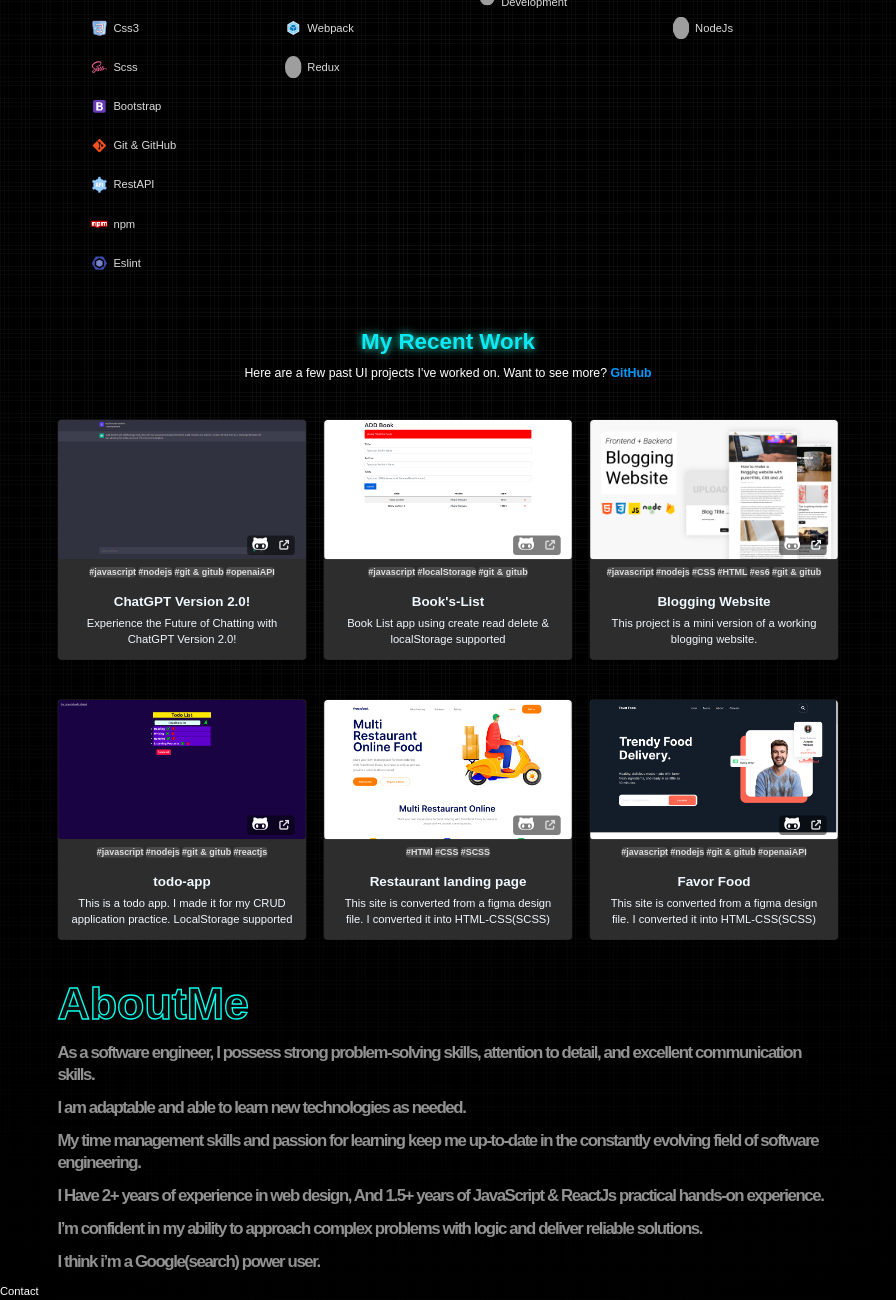
Repository: badhon252/my-portfolio
Page: /
The author's editor kept a copy of each file at every save. The page is drawn from the files as they stood at one save, then again after the next save.
The browser window is 1280 px wide. The pictures show the part of the page from y = 1170 to 3090 px (the page is 3027 px tall before and 3090 px after), at 70% of full size.
Pictures or frames that could not be fetched are drawn as grey boxes. The project was rebuilt for these pictures with package versions that can differ from the ones it lists, and the page was loaded fresh each time. Also part of the build but not shown: src/Components/Home/Header/HeaderContent/HeaderContent.css, src/Components/Home/Header/Navbar/Navs/GitHub/Github.module.css, src/Components/Home/Header/Navbar/Navs/LinkedIn/LinkedIn.module.css.

Above is the page before, as saved 2023-01-24 16:45:14.

### public/index.html
<!DOCTYPE html>
<html lang="en">

<head>
    <meta charset="utf-8" />
    <link rel="icon" href="%PUBLIC_URL%/favicon.ico" />
    <meta name="viewport" content="width=device-width, initial-scale=1" />
    <meta name="theme-color" content="#000000" />
    <meta name="description" content="Web site created using create-react-app, Portfolio" />
    <link rel="apple-touch-icon" href="%PUBLIC_URL%/logo192.png" />
    <link rel="stylesheet" href="https://cdnjs.cloudflare.com/ajax/libs/font-awesome/6.2.1/css/all.min.css">
    <link rel="manifest" href="%PUBLIC_URL%/manifest.json" />
    <!--  Bootstap== -->
    <link rel="stylesheet" href="https://cdn.jsdelivr.net/npm/bootstrap@5.3.0-alpha1/dist/css/bootstrap.min.css">


    <title>Khalid Hossain | Portfolio Website</title>
</head>

<body>
    <div id="root"></div>

    <script src="https://cdn.jsdelivr.net/npm/bootstrap@5.3.0-alpha1/dist/js/bootstrap.bundle.min.js"></script>
    <!-- <script src="https://platform.linkedin.com/badges/js/profile.js" async defer type="text/javascript"></script> -->

</body>

</html>

### src/index.css
body {
    margin: 0;
    font-family: -apple-system, BlinkMacSystemFont, 'Segoe UI', 'Roboto', 'Oxygen', 'Ubuntu', 'Cantarell', 'Fira Sans', 'Droid Sans', 'Helvetica Neue', sans-serif;
    -webkit-font-smoothing: antialiased;
    -moz-osx-font-smoothing: grayscale;
    background-color: #000000;
    background-image: radial-gradient(circle at center center, transparent 0%, rgb(0, 0, 0) 99%), repeating-linear-gradient(0deg, rgba(163, 163, 163, 0.07) 0px, rgba(163, 163, 163, 0.07) 1px, transparent 1px, transparent 6px), repeating-linear-gradient(90deg, rgba(163, 163, 163, 0.07) 0px, rgba(163, 163, 163, 0.07) 1px, transparent 1px, transparent 6px), linear-gradient(90deg, rgb(0, 0, 0), rgb(0, 0, 0));
    color: #ffffff;
}

* {
    margin: 0;
    padding: 0;
    box-sizing: border-box;
    font-family: 'Poppins', sans-serif;
}

### src/Components/Home/Home.jsx
import AboutMe from "./AboutMe/AboutMe";
import Footer from "./Footer/Footer";
import Header from "./Header/Header";
import Projects from "./Project/Projects";
import Skill from "./Skill/Skill";


export default function Home() {
  return (
    <div>
        <Header />
        <Skill/>
        <Projects/>
        <AboutMe/>
        <Footer/>

    </div>
  )
}

### src/Components/Home/AboutMe/AboutMe.jsx
import React from 'react';

const AboutMe = () => {
    return (
        <div className='container'>
            <h1>AboutMe</h1>
            <div className="about-me">
                <p>As a software engineer, I possess strong problem-solving skills, attention to detail, and excellent communication skills.
                </p>
                <p>I am adaptable and able to learn new technologies as needed. </p>
                <p> My time management skills and passion for learning keep me up-to-date in the constantly evolving field of software engineering.</p>
                <p>I Have 2+ years of experience in web design, And 1.5+ years of JavaScript & ReactJs practical hands-on experience.</p>
                <p> I’m confident in my ability to approach complex problems with logic and deliver reliable solutions.</p>
                <p>I think i’m a Google(search) power user.</p>
            </div>
        </div>
    );
}

export default AboutMe;

### src/Components/Home/Footer/Footer.jsx
import React from 'react'
import Contact from './Contact/Contact'

export default function Footer() {
  return (
    <div>
        <Contact/>
    </div>
  )
}

### src/Components/Home/Header/Header.jsx
import React from 'react'
import HeaderContent from './HeaderContent/HeaderContent'
import Navbar from './Navbar/Navbar'
import Classes from './Header.module.css'

export default function Header() {
  return (
    <div className={Classes.header}>
      <Navbar/>
      <HeaderContent/>
    </div>
  )
}

### src/Components/Home/Skill/Skill.jsx
import "./Skill.css"
import SkillSet from "./SkillSet";
const SkillEfficiency = () => {
    return (
       <div id="skill" className="container">
                <h2 className="skillSet__title"> <span>My Skills Set</span> </h2>
                <div className="skillSet__title__line">

                    <div className="skillSet__title__line__inner">
                        I Have 2+ years of web design, And 1.5+ years of JavaScript & ReactJs practical hands-on experience. <br />
                        <span> I am adaptable and able to learn newtechnologies as needed.</span>
                    </div>
                </div>
                  <SkillSet/>
       </div>
    );
}

export default SkillEfficiency;

### src/Components/Home/Header/HeaderContent/HeaderContent.jsx
import Badhon from "../../../../Assests/Images/badhon-color.png";
import HeroSection from './HeroSection'
// import Classes from "./Header.module.css";

export default function HeaderContent() {
  return (
      <div className="container">
        <div className="row my-5" >
            <div className="col-md-4">
              <img src={Badhon} alt="Badhon" className="img-fluid w-100 px-2" />
            </div>
            <div className="col-md-8 py-5 d-flex flex-column">
              <HeroSection />
            </div>
        </div>
      </div>
  )
}

### src/Components/Home/Header/Navbar/Navbar.jsx
import "./Navs/Navs.css"
import "./Navbar.css"
import Nav from './Navs/Nav/Nav'
// import NavbarBrand from './NavbarBrand/NavbarBrand'
// import LinkedIn from './Navs/LinkedIn/LinkedIn'
// import GitHub from './Navs/GitHub/Github'

export default function Navbar() {
  return (
    <div className='navBar borderBottom'>
            <Nav/>
         {/* <div className='navBar'>
            <LinkedIn/>
            <GitHub/>
         </div> */}
    </div>
  )
}

### src/Components/Home/Header/Header.module.css
.header {
    min-height: 100vh;
    color: aliceblue;
    padding: 0 1rem;
}

### src/Components/Home/Project/ProjectCard.jsx
import CardImgLink from "./Card_img__link"
import "./Projects.css"

export default function ProjectCard(props) {

  function stacks(){
    return props.stack.map((item, index) => {
      return <span className="stack" key={index}>#{item}</span>
    })
  }

  return (
    <div className="card my-1" id="card">
          <div className="card-img">
            <a href={props.preview}>
              <img src={props.img} className="card-img-top img-fluid" alt={props.title}/>
            </a>

          </div>
        <div className="card-body">
          <div className="stacks">
              <CardImgLink preview={props.preview} link={props.link}/>
             {stacks()}
          </div>

            <h5 className="card-title my-2">{props.title}</h5>
            <span className="card-text">{props.text}</span>

        </div>
    </div>
  )
}

### src/Components/Home/Project/Projects.css
#card {
    background-color: #2c2d2c;
    /* width: 18rem */
    overflow: hidden;
    color: aliceblue;
    position: relative;
    text-align: center;
}

.card-img {
    overflow: hidden;
}

.img-fluid {
    border-radius: 0%;
    width: 100%;
    height: 100%;
    object-fit: cover;
    object-position: center;
    transition: 0.5s;
}

.card-img-top:hover {
    border-radius: 0;
    transform: scale(1.2);
}


/* Path: src/Components/Home/Project/Projects.css */

.project__title {
    color: rgb(255, 255, 255);
    text-align: center;
}

.project__title h2 {
    font-size: 2rem;
    font-weight: 700;
    margin-bottom: 1rem;
}

.project__title__line {
    font-weight: 500;
    font-size: 1.1rem;
}

.project__title__line a {
    color: #0099ff;
    text-decoration: none;
    font-weight: 600;
}

.project__title__line a:hover {
    color: #1da5ff;
    text-decoration: underline;
    font-weight: 600;
}

.card_img__link {
    border-radius: 5px;
    display: flex;
    align-items: center;
    justify-content: flex-end;
    position: absolute;
    right: 0;
    top: -40px;
    background-color: rgba(0, 0, 0, 0.507);
    transition: 0.5s;
}

.card_img__link a {
    color: #dbdbdb;
    text-decoration: none;
    font-weight: 700;
    margin: 0 .5rem;
}

.card_img__link a:hover {
    color: #eae8ff;
    text-decoration: none;
    font-weight: 700;
}


/* .card_img__link i {
    width: 35px;
    position: absolute;
    height: auto;
    z-index: 1;
    top: 0;
} */


/* .githubIcon {
    right: 5px;
}

.redirect {
    max-width: 40px;
    margin-top: 6px;
    color: #0099ff;
} */

.card-body {
    z-index: 111;
}

.card-body h5 {
    font-size: 1.2rem;
    font-weight: 600;
    margin: 0;
}

.card-body .stacks {
    margin: 0;
    transform: translatey(-10px);
}

.card-body .stack {
    display: inline;
    font-size: .8rem;
    font-weight: 600;
    color: #dddddd;
    background-color: rgb(73, 73, 73);
    margin: .1rem;
    border-radius: 5px;
    text-align: left;
}

### src/Components/Home/Skill/Skill.css
/* .skills {
    margin: 4rem 0 2rem 0;
    display: flex;
    justify-content: space-around;
    flex-wrap: wrap;
    gap: 2rem;
    height: 80vh;
    overflow: hidden;
} */

.skillSet__title__text {
    font-size: 1.5rem;
    font-weight: 600;
    margin-bottom: 1rem;
}

.skillSet li {
    list-style-type: none;
    margin: 0.5rem 1rem;
    color: #ffffffda;
    transition: .4s;
    display: flex;
    align-items: center;
    padding: .5rem 0;
}

.skillSet li img {
    width: 1.5rem;
    margin-right: 0.5rem;
}

.skillSet li:hover {
    color: #ffffff;
    scale: 1.4;
}

.skillSet__title {
    text-align: center;
    font-size: 2rem;
    padding: 1rem 0;
}

.skillSet__title span {
    padding: 1rem 0;
    border-bottom: 4px solid rgb(255, 28, 28);
}

.skillSet__title__line {
    font-size: 1.3rem;
    font-weight: 600;
    color: rgba(255, 255, 255, 0.63);
    text-align: center;
    margin: 1rem 0;
}

.skillSet__title__line__inner {
    margin: 24px 0 80px 0;
    font-size: 1.3rem;
    font-weight: 500;
    line-height: 1.5;
}

.skillSet__title__line__inner span {
    color: #ffffffec;
}

.skillSet {
    margin: 1rem 0;
}


/* Generated code  */


/* .wave-container {
    height: 40vh;
    background-color: #000000;
    position: relative;
}

.wave-container::before {
    content: "";
    width: 100%;
    height: 135px;
    position: absolute;
    bottom: -0.3%;
    left: 0;
    background-size: auto;
    background-repeat: repeat no-repeat;
    background-position: 54vw bottom;
    background-image: url("data:[embedded picture, 356 characters]");
}

@media(max-width:850px) {
    .wave-container::before {
        height: 67.5px
    }
} */

### src/Components/Home/Skill/SkillSet.jsx
import "./Skill.css"
import reactIcon from "../../../Assests/icons/react.svg"
import jsIcon from "../../../Assests/icons/javascript.svg"
import htmlIcon from "../../../Assests/icons/html-5.svg"
import cssIcon from "../../../Assests/icons/css3.svg"
import scssIcon from "../../../Assests/icons/sass.svg"
import bsIcon from "../../../Assests/icons/bootstrap.svg"
import gitIcon from "../../../Assests/icons/git.svg"
import apiIcon from "../../../Assests/icons/rest-api.svg"
import npmIcon from "../../../Assests/icons/npmV1.svg"
import eslintIcon from "../../../Assests/icons/eslint.svg"
import firebaseIcon from "../../../Assests/icons/firebase.svg"
import nodejsIcon from "../../../Assests/icons/node-js.svg"
import expressjsIcon from "../../../Assests/icons/express.svg"
import webpackIcon from "../../../Assests/icons/webpack.svg"
import reduxIcon from "../../../Assests/icons/redux.svg"
import typescriptIcon from "../../../Assests/icons/typescript.svg"
import webIcon from "../../../Assests/icons/web-design.svg"
import codeFileIcon from "../../../Assests/icons/code-file.svg"
import codeIcon from "../../../Assests/icons/code.svg"

export default function SkillSet() {
  return (
      <ul className="skills row">
                     <div className="skillSet col-md-3">
                        <div className="skillSet__title__text">Technology & Tools</div>
                            <li> <img src={reactIcon} alt="icon"/> ReactJs</li>
                            <li><img src={jsIcon} alt="icon"/>JavaScript</li>
                            <li><img src={htmlIcon} alt="icon"/>HTML5</li>
                            <li><img src={cssIcon} alt="icon"/>Css3</li>
                            <li><img src={scssIcon} alt="icon"/>Scss</li>
                            <li><img src={bsIcon} alt="icon"/>Bootstrap</li>
                            <li><img src={gitIcon} alt="icon"/>Git & GitHub</li>
                            <li><img src={apiIcon} alt="icon"/>RestAPI</li>
                            <li><img src={npmIcon} alt="icon"/>npm</li>
                            <li><img src={eslintIcon} alt="icon"/>Eslint</li>
                    </div>

                    <div className="skillSet col-md-3">
                        <div className="skillSet__title__text">Also Worked with</div>
                            <li><img src={firebaseIcon} alt="icon"/>Firebase</li>
                            <li><img src={nodejsIcon} alt="icon"/>Nodejs</li>
                            <li><img src={expressjsIcon} alt="icon"/>ExpressJs</li>
                            <li><img src={webpackIcon} alt="icon"/>Webpack</li>
                            <li><img src={reduxIcon} alt="icon"/>Redux</li>
                    </div>

                    <div className="skillSet col-md-3">
                         <div className="skillSet__title__text">My Services</div>
                            <li><img src={webIcon} alt="icon"/>Responsive Web Design</li>
                            <li><img src={codeFileIcon} alt="icon"/>Pixel Perfect Design</li>
                            <li><img src={codeIcon} alt="icon"/>Modern Web App Development</li>
                    </div>

                    <div className="skillSet col-md-3">
                        <div className="skillSet__title__text">Curently Learning</div>
                            <li><img src={reduxIcon} alt="icon"/>Redux</li>
                            <li><img src={firebaseIcon} alt="icon"/>Firebase</li>
                            <li><img src={typescriptIcon} alt="icon"/>TypeScript</li>
                            <li><img src={nodejsIcon} alt="icon"/>NodeJs</li>
                    </div>

                    </ul>

  )
}

### src/Components/Home/Header/HeaderContent/HeroSection.jsx
import Classes from "./Header.module.css";
import "./HeaderContent.css"

export default function HeroSection() {
  return (
    <div className="heroSection">
          <h2 className="h2">Hi, I'm</h2>
          <h1 className="h1-name">Khalid Hossain.</h1>
          <p>
            I’m a <span>Frontend Developer with a constant desire to grow, learn, and explore the world!</span> Passionate about crafting intuitive and engaging user experiences,
            I am always looking for new challenges and opportunities to grow as an engineer.
          </p>

          <a className={Classes.resume} href="https://drive.google.com/file/d/1dNWfd7X8CYs_9THDZo58HHKVKzD8WfeY/view?usp=share_link" target="_blank" rel="noreferrer">
              See my Resume <i className="fa-solid fa-arrow-up-right-from-square"></i>
          </a>

    </div>
  );
}

### src/Components/Home/Header/Navbar/Navs/Navs.css
.flexRow {
    display: flex;
    justify-content: space-between;
    align-items: center;
    flex-wrap: wrap;
    gap: 2rem;
}

.me_1 {
    margin-right: 1rem;
}

img {
    width: 2rem;
    height: 2rem;
    border-radius: 50%;
}

.navbar-brand {
    /* background: #FFFF00;
    background: linear-gradient(to left, #FFFF00 0%, #05C1FF 50%, #FFFF00 100%);
    -webkit-background-clip: text;
    -webkit-text-fill-color: transparent; */
    color: aqua;
    font-size: 1.5rem;
    font-weight: 600;
    text-decoration: none;
    font-family: "Poppins", sans-serif;
}

### src/Components/Home/Header/Navbar/Navbar.css
.boxShadow {
    -webkit-box-shadow: 0px 22px 40px -37px rgba(255, 255, 255, 1);
    -moz-box-shadow: 0px 22px 40px -37px rgba(255, 255, 255, 1);
    box-shadow: 0px 22px 40px -37px rgba(255, 255, 255, 1);
}

.borderBottom {
    border-bottom: 1px solid #f6f6f612;
}

### src/Components/Home/Header/Navbar/Navs/Nav/Nav.jsx
import GitHub from "../GitHub/Github"
import LinkedIn from "../LinkedIn/LinkedIn"
import "./../Navs.css"
import "./Nav.css"
export default function Nav() {
  return (
    <nav class="navbar navbar-expand-lg">
      <div class="container-fluid">
        <a class="navbar-brand" href="#home">khalid</a>
        <button class="navbar-toggler" type="button" data-bs-toggle="collapse" data-bs-target="#navbarNav" aria-controls="navbarNav" aria-expanded="false" aria-label="Toggle navigation">
          <i class="fa-solid fa-bars"></i>
        </button>
        <div class="collapse navbar-collapse" id="navbarNav">
          <ul class="navbar-nav mx-auto">
            <li class="nav-item">
              <a class="nav-link" aria-current="page" href="#home">Home</a>
            </li>
            <li class="nav-item">
              <a class="nav-link" href="#skill">Skill</a>
            </li>
            <li class="nav-item">
              <a class="nav-link" href="#projects">Projects</a>
            </li>
            <li className="nav-item">
                <a className="nav-link" href="#aboutMe">About</a>
            </li>
            <li className="nav-item">
                <a className="nav-link" href="#contact">Contact</a>
            </li>
          </ul>
          <div className="d-flex">
          <LinkedIn/>
          <GitHub/>
          </div>
        </div>
      </div>
    </nav>
  )
}

### src/Components/Home/Project/Card_img__link.jsx
// import githubIcon from "../../../Assests/icons/github.png"
// import redirect from "../../../Assests/icons/redirect.svg"
import "./Projects.css"
export default function Card_img__link(props) {

  return (
     <div className="card_img__link">
              <a href={props.link} target="_blank" rel="noreferrer" >
               <i class="fa-brands fa-github-alt"></i>
              </a>
              <a href={props.preview} target="_blank" rel="noreferrer" >
                  <i class="fa-solid fa-arrow-up-right-from-square redirect"></i>
              </a>

    </div>
  )
}

### src/Components/Home/Header/HeaderContent/Header.module.css
.heroImage {
    min-width: 300px;
    max-width: 500px;
    width: 100%;
    height: auto;
    box-sizing: border-box;
    overflow: hidden;
    border-radius: 30% 70% 64% 36% / 44% 42% 58% 56%;
}

h1 {
    font-size: 4em;
    font-weight: 700;
    margin-bottom: 1rem;
    -webkit-text-fill-color: rgb(14, 13, 13);
    /* Will override color (regardless of order) */
    -webkit-text-stroke-width: 2px;
    -webkit-text-stroke-color: rgb(4, 255, 234);
}

h2 {
    font-size: 2rem;
    font-family: 'Titillium Web', sans-serif;
    margin: 0;
    line-height: 1;
    transform: rotate(45px);
    transform: rotateX('angle');
    color: #0be9f4;
    text-shadow: 0 0 12px #24fbdd;
}

p {
    font-size: 1.5em;
    font-weight: 600;
    margin-bottom: 1rem;
    color: rgba(255, 255, 255, 0.568);
    line-height: 1.3;
    letter-spacing: -2px;
}

p span {
    color: #fcfcfc;
}

.resume {
    padding: .9rem 1.8rem;
    border: 1px solid #09ff01;
    font-size: 1rem;
    font-weight: 500;
    margin-top: 1rem;
    outline: none;
    border-radius: 5px;
    background: none;
    color: #fcfcfc;
    transition: .5s;
    cursor: pointer;
    text-decoration: none;
    display: inline-block;
}

.resume:hover {
    color: rgb(7, 7, 7);
    background-color: rgb(0, 255, 21);
}

.resume:active {
    transform: scale(0.95);
}

### src/Components/Home/Header/Navbar/Navs/GitHub/Github.jsx
import Classes from "./Github.module.css"
import github from "../../../../../../Assests/icons/github.png";
import "../Navs.css"

export default function GitHub() {
  return (
    <div className={Classes.faBrands}>
      <a href="https://github.com/badhon252" target="_blank" rel="noreferrer">
        <img className="fa-github" src={github} alt="github" />
        </a>
    </div>
  )
}

### src/Components/Home/Header/Navbar/Navs/LinkedIn/LinkedIn.jsx
import "./LinkedIn.module.css"
import linkedin from "../../../../../../Assests/icons/linkedin.svg";

export default function LinkedIn() {
  return (
    <div className='me_1' >
      <a href="https://www.linkedin.com/in/khalidhossainbadhon/" target="_blank" rel="noreferrer">
      <img src={linkedin} alt="" />
      </a>
    </div>
  )
}

### src/Components/Home/Header/Navbar/Navs/Nav/Nav.css
.navBar {
    padding: 1.1rem 0;
    flex-wrap: wrap;
}

.navbar-nav {
    list-style-type: none;
    display: flex;
    justify-content: space-between;
}

.navbar-nav li a {
    text-decoration: none;
    color: rgb(255, 255, 255);
    font-size: 1.2rem;
    font-weight: 500;
    transition: all 0.3s ease-in-out;
    margin: 0 1rem;
}

.navbar-nav li a:hover {
    color: #49ff12;
}

.navbar-nav li a.active {
    color: #bb0707;
}

.navbar-nav li a.active:hover {
    color: #f1f1f1;
}

.navbar-nav li a.active::after {
    content: "";
    display: block;
    width: 100%;
    height: 2px;
    background: #f1f1f1;
    margin-top: 5px;
}

.navbar-nav li a.active:hover::after {
    background: #f1f1f1;
}

.fa-brands,
.fab {
    font-weight: 400;
    font-size: 1.5rem;
    color: #fff;
}

.fa-bars {
    color: #fff;
}

Loaded but not shown: src/index.js (common file); src/reportWebVitals.js (common file); src/Components/Home/Footer/Contact/Contact.jsx (common file); src/App.js (11 lines, source omitted); src/Components/Home/Project/Projects.jsx (84 lines, source omitted)

After the next save:
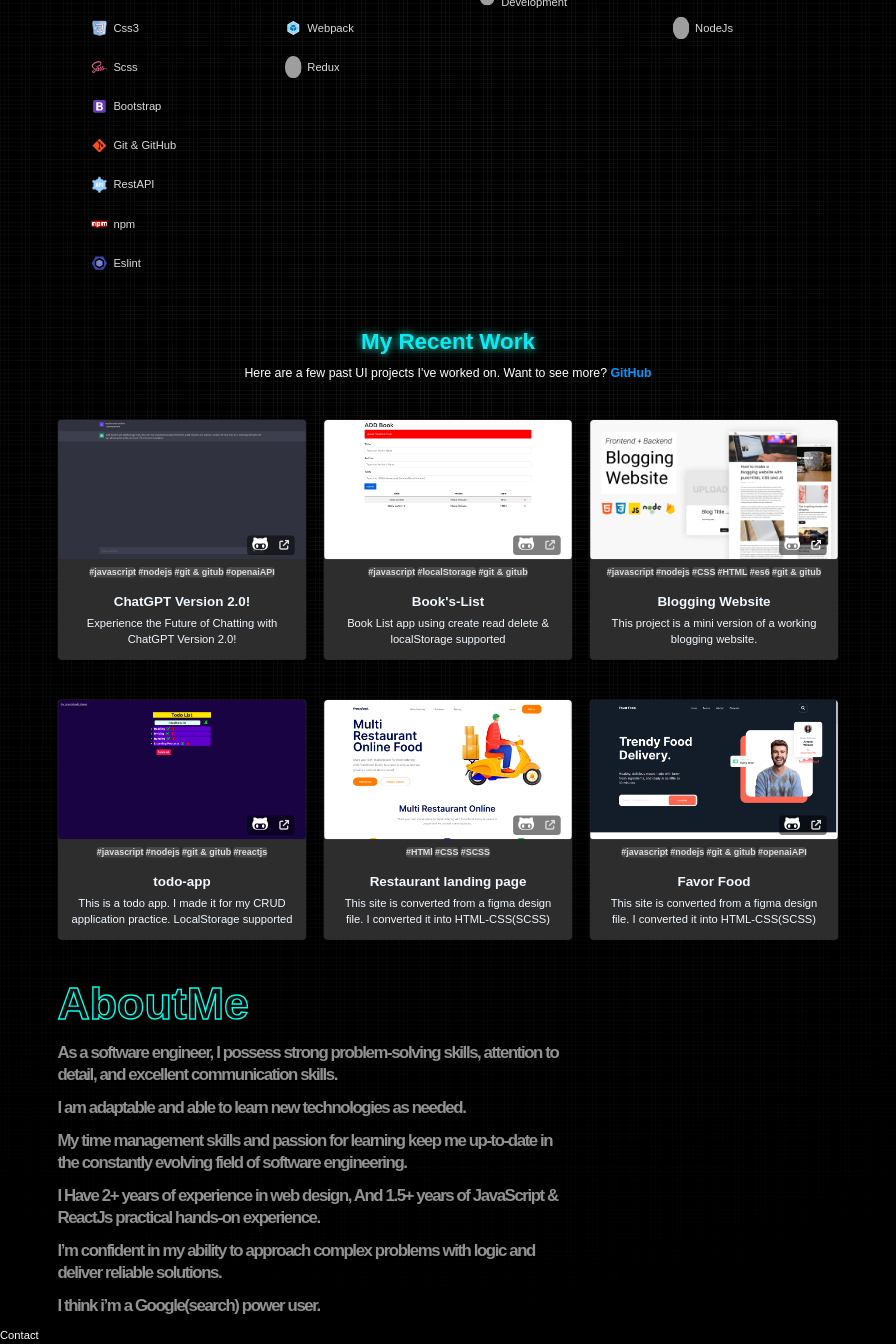
Saved 57 s later.
--- a/src/Components/Home/AboutMe/AboutMe.jsx
+++ b/src/Components/Home/AboutMe/AboutMe.jsx
@@ -5,13 +5,18 @@ const AboutMe = () => {
         <div className='container'>
             <h1>AboutMe</h1>
             <div className="about-me">
-                <p>As a software engineer, I possess strong problem-solving skills, attention to detail, and excellent communication skills.
+                <div className="row">
+                    <div className="col-md-8">
+                          <p>As a software engineer, I possess strong problem-solving skills, attention to detail, and excellent communication skills.
                 </p>
                 <p>I am adaptable and able to learn new technologies as needed. </p>
                 <p> My time management skills and passion for learning keep me up-to-date in the constantly evolving field of software engineering.</p>
                 <p>I Have 2+ years of experience in web design, And 1.5+ years of JavaScript & ReactJs practical hands-on experience.</p>
                 <p> I’m confident in my ability to approach complex problems with logic and deliver reliable solutions.</p>
                 <p>I think i’m a Google(search) power user.</p>
+                    </div>
+                </div>
+
             </div>
         </div>
     );
